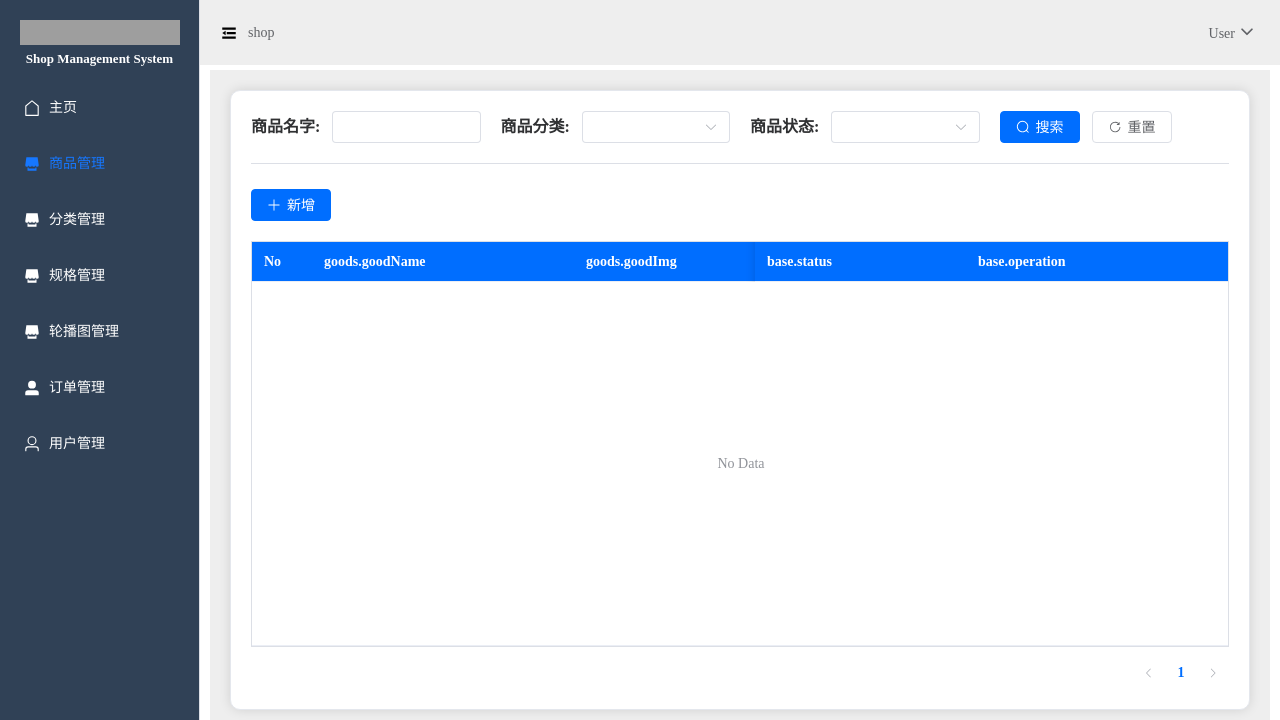
Repository: agreeyourview/mall_vue
Page: /shop
An editor plug-in stored every save of this project. The page is shown before and after the next save, followed by the edit.
The browser window is 1280 px wide. The pictures show the whole page.
Pictures or frames that could not be fetched are drawn as grey boxes. The page's requests for data from a server got no answer. The project was rebuilt for these pictures with package versions that can differ from the ones it lists, and the page was loaded fresh each time. No one was signed in, and anything a server would have sent is missing. Also part of the build but not shown: vite.config.js, src/view/login.vue, src/view/index.vue, src/components/MallUpload.vue, src/components/MallUploads.vue, src/view/category.vue, src/view/spec.vue, src/view/slider.vue and 3 more.

Above is the page before, as saved 2025-02-25 10:36:23.

### src/App.vue
<template>
  <router-view></router-view>
</template>

<script setup>
</script>

<style scoped>
</style>

### src/assets/main.css
@import './reset.css';

:root {
  --bt-theme-color: #0052d9;
  --bt-theme-color-1: #1677ff;
  --bt-theme-color-2: #69b1ff;
  --el-color-primary: #006eff;
  --el-color-primary-light-3: #0052d9;
  --el-color-primary-dark-2: #003cab;
  /* --bt-theme-color: #722ed1;
  --bt-theme-color-1: #b37feb;
  --bt-theme-color-2: #d3adf7;
  --el-color-primary: #9254de;
  --el-color-primary-light-3: #722ed1;
  --el-color-primary-dark-2: #531dab; */

}

span {
  text-align: center;
  word-break: break-word;
}

.el-table td.el-table__cell div {
  word-break: break-word;
}

.el-table th.el-table__cell>.cell {
  word-break: break-word;
}

.el-table .cell {
  word-break: break-word;
}

.el-table th.el-table__cell {
  user-select: initial !important;
}

.el-card {
  border-radius: 10px;
}

.el-table {
  direction: ltr;
}

.el-pagination {
  direction: ltr;
}

.el-date-picker {
  min-width: 330px;
  direction: ltr;
}

.el-picker-panel__content {
  min-width: 300px;
}

.btDatePicker .el-date-picker {
  min-width: 440px;
}

.btDatePicker .el-picker-panel__content {
  min-width: 410px;
}

.btDatePicker .el-month-table td .cell {
  min-width: 85px;
}

.el-form-item__label {
  width: 100%;
  padding: 0 !important;
  padding-inline-end: 12px !important;
  text-align: start !important;
}

.el-form-item__error {
  width: 100%;
  text-align: start;
}

.el-button+.el-button {
  margin-inline-start: 12px;
  margin-inline-end: 0 !important;
}

.el-radio__label {
  padding: 0 8px !important;
}

.el-switch {
  --el-switch-on-color: #13ce66;
  --el-switch-off-color: #ff4949;
}

.el-divider {
  margin-top: 0;
}

.mb20 {
  margin-bottom: 20px;
}

.mb10 {
  margin-bottom: 10px;
}

.pointer {
  cursor: pointer;
}

.searchBoxClass {
  display: flex;
  margin-bottom: 20px;
}

.searchTextClass {
  white-space: nowrap;
  min-width: 120px;
  line-height: 32px;
  font-weight: bold;
}

.searchBtnClass {
  margin-inline-start: 12px;
}

.box-main {
  padding: 20px;
  background: #eee;
}

.BtText{
  white-space: nowrap;
  overflow: hidden;
  text-overflow: ellipsis;
}

### src/view/shop.vue
<template>
  <div class="box-main">
    <el-card>
      <el-row :gutter="20">
        <el-col :md="12" :lg="6">
          <div class="searchBoxClass searchTextClass">
            商品名字:
            <el-input class="searchBtnClass" v-model="goodName" maxlength="128" />
          </div>
        </el-col>
        <el-col :md="12" :lg="6">
          <div class="searchBoxClass searchTextClass">
            商品分类:
            <el-select class="searchBtnClass" v-model="goodCategories" style="width: 100%" placeholder=" ">
              <el-option v-for="item in categoriesOptions" :key="item.value" :label="item.label" :value="item.value" />
            </el-select>
          </div>
        </el-col>
        <el-col :md="12" :lg="6">
          <div class="searchBoxClass searchTextClass">
          商品状态:
            <el-select class="searchBtnClass" v-model="goodStatus" style="width: 100%" placeholder=" ">
              <el-option v-for="item in statusOptions" :key="item.value" :label="item.label" :value="item.value" />
            </el-select>
          </div>
        </el-col>
        <el-col :md="12" :lg="6">
          <el-button :icon="Search" type="primary" @click="searchFun()">搜索</el-button>
          <el-button :icon="RefreshRight" @click="resetFun()">重置</el-button>
        </el-col>
      </el-row>
      <el-divider />
      <el-row :gutter="20" class="mb20">
        <el-col>
          <el-button :icon="Plus" type="primary" @click="operationDialogShow(1)">新增</el-button>
        </el-col>
      </el-row>
      <el-row class="mb10">
        <MallTable :page="pageNum" :pagesize="30" :tableCol="tableCol" :tableData="tableData"
          :tableHeight="`calc(100vh - 314px)`" style="border: #dcdfe6 solid 1px;"
          :tableHeader="{ background: 'var(--el-color-primary)', color: '#fff' }">
          <template v-slot="scopes">
            <template v-if="scopes.item.prop == 'status'">
              <el-tag v-if="scopes.scope.row.status == 1" type="success">上架中</el-tag>
              <el-tag v-else="scopes.scope.row.status==0" type="info">已下架</el-tag>
            </template>
            <template v-else-if="scopes.item.prop == 'imgUrl'">
              <img :src="scopes.scope.row.imgUrl ? basePath + scopes.scope.row.imgUrl : baseUrl"
                style="width: 45px;height: 60px">
            </template>
            <template v-else-if="scopes.item.prop == 'operation'">
              <div style="display: flex;align-items: center;">
                <el-popconfirm :confirm-button-text="确认"
                  :cancel-button-text="取消"
                  :title="scopes.scope.row.status == 0 ? '确认上架?' : '确认下架?'" @confirm="changeFun(scopes.scope.row)">
                  <template #reference>
                    <el-switch v-model="scopes.scope.row.status" :before-change="() => false" inline-prompt
                      style="--el-switch-on-color: #13ce66; --el-switch-off-color: #ff4949;margin-right: 12px;"
                      active-text="下架" inactive-text="上架" :active-value="1" :inactive-value="0" />
                  </template>
                </el-popconfirm>
                <el-icon v-if="scopes.scope.row.status == 0" :size="24" class="pointer" style="margin-right: 12px;"
                  @click="operationDialogShow(2, scopes.scope.row)">
                  <Edit />
                </el-icon>
              </div>
            </template>
            <span v-else>{{ scopes.scope.row[`${scopes.item.prop}`] }}</span>
          </template>
        </MallTable>
      </el-row>
      <el-row justify="end">
        <el-pagination v-model:current-page="pageNum" :total="pageTotal" @current-change="pageChange" :page-size="30"
          layout="prev, pager, next" />
      </el-row>
    </el-card>

    <MallDialog :dialogVisible="operationDialogVisible" :width="'1000px'" :destroy="true"
      :title="operationType == 1 ? '创建商品' : '修改商品'"
      @close="operationDialogClose()">
      <template v-slot:main>
        <el-form ref="formRef" :model="form" :rules="rules" label-position="top">
          <el-row :gutter="20">
            <el-col :span="12">
              <el-form-item prop="name" label="商品名称">
                <el-input v-model="form.name" />
              </el-form-item>
              <el-form-item prop="categories" label="商品类别">
                <el-select v-model="form.categories" style="width: 100%" placeholder=" ">
                  <el-option v-for="item in categoriesOptions" :key="item.value" :label="item.label"
                    :value="item.value" />
                </el-select>
              </el-form-item>
              <el-form-item prop="imgUrl" label="商品图片">
                <MallUpload :imgData="form.imgUrl" :fileSize="2" />
              </el-form-item>
            </el-col>
            <el-col :span="12">
              <el-form-item prop="description" label="商品描述">
                <el-input v-model="form.description" />
              </el-form-item>
              <el-form-item prop="num" label="商品库存">
                <el-input v-model="form.num" />
              </el-form-item>
              <el-form-item prop="price" label="商品价格">
                <el-input v-model="form.price" />
              </el-form-item>
              <el-form-item prop="specification" label="商品规格">
                <el-select v-model="form.specification" style="width: 100%" filterable placeholder=" " multiple
                  collapse-tags collapse-tags-tooltip>
                  <el-option v-for="item in specificationOptions" :key="item.value" :label="item.label"
                    :value="item.value" />
                </el-select>
              </el-form-item>
            </el-col>
          </el-row>
          <el-form-item prop="rollImg" label="商品展示图">
            <MallUploads :imgData="form.rollImg" :fileSize="2" />
          </el-form-item>
          <el-form-item prop="detailImg" label="商品明细图">
            <MallUploads :imgData="form.detailImg" :fileSize="2" />
          </el-form-item>
        </el-form>
      </template>
      <template v-slot:footer>
        <el-button @click="operationDialogClose()">取消</el-button>
        <el-button type="primary" @click="operationDialogConfirm()">确认</el-button>
      </template>
    </MallDialog>

  </div>
</template>
<script setup>
import { ref, onMounted, reactive, getCurrentInstance } from 'vue';
import { Search, RefreshRight, Plus, Edit} from '@element-plus/icons-vue';
import { ElMessage } from 'element-plus';
import MallTable from '../components/MallTable.vue';
import MallDialog from '../components/MallDialog.vue';
import MallUpload from '../components/MallUpload.vue';
import MallUploads from '../components/MallUploads.vue';
import baseUrl from '../assets/img/login.jpg'
import api from '../api/index'
const { proxy } = getCurrentInstance()
const emit = defineEmits([
  'pageName'
])
emit('pageName', 'menu.good')
const basePath = window.httpurl +'/imgs/'
onMounted(() => {
  getData()
  getCategories()
  getSpecification()
})
//搜索
const goodName = ref(null)
const goodCategories = ref(null)
const goodStatus = ref(null)
let historyData = {}
const searchFun = () => {
  historyData = {}
  goodName.value ? historyData.name = goodName.value : null
  goodCategories.value ? historyData.categories = goodCategories.value : null
  goodStatus.value != null ? historyData.status = goodStatus.value : null
  getData()
}
const resetFun = () => {
  historyData = {}
  goodName.value = null
  goodCategories.value = null
  goodStatus.value = null
  getData()
}
//表格
const tableCol = [
  { id: 1, label: "goods.goodName", prop: "name", minWidth: 120 },
  { id: 2, label: "goods.goodImg", prop: "imgUrl", minWidth: 120 },
  { id: 3, label: "goods.goodDescription", prop: "description", minWidth: 120 },
  { id: 4, label: "goods.goodPrice", prop: "price", minWidth: 120 },
  { id: 5, label: "goods.goodNum", prop: "num", minWidth: 120 },
  { id: 9, label: "base.status", prop: "status", minWidth: 120, fixed: "right" },
  { id: 10, label: "base.operation", prop: "operation", minWidth: 120, fixed: "right" },

]
const tableData = ref([])
const pageNum = ref(1)
const pageTotal = ref(0)
const pageChange = (e) => {
  pageNum.value = e
  getData()
}
const getData = async () => {
  const query = { pageNum: pageNum.value, pageSize: 30, ...historyData }
  const res = await api.get("/goods?" + new URLSearchParams(query))
  if (res.code == 0) {
    tableData.value = res.result.records
    pageTotal.value = res.result.total
  }
}

//表单校验
const rules = reactive({
  name: [
    { required: true, message: "请输入商品名称", trigger: ['blur'] }
  ],
  categories: [
    { required: true, message: "请选择商品类别", trigger: ['blur'] }
  ],
  imgUrl: [
    { required: true, message: "请选择商品图片", trigger: ['blur'] }
  ],
  description: [
    { required: true, message: "请输入商品描述", trigger: ['blur'] }
  ],
  num: [
    { required: true, message: "请输入商品库存", trigger: ['blur'] }
  ],
  price: [
    { required: true, message: "请输入商品价格", trigger: ['blur'] }
  ],
  specification: [
    { required: true, message: "请选择商品规格", trigger: ['blur'] }
  ],
  rollImg: [
    { required: true, message: "请选择商品展示图", trigger: ['blur'] }
  ],
  detailImg: [
    { required: true, message: "请选择商品详情图", trigger: ['blur'] }
  ],
})
//下拉框数据
const categoriesOptions = ref([])
const specificationOptions = ref([])
const statusOptions = [
  { id: 1, label: "上架中", value: 1 },
  { id: 2, label: "已下架", value: 0 },
]
const getCategories = async () => {
  const query = { pageSize: 999 }
  const res = await api.get("categories?" + new URLSearchParams(query))
  if (res.code == 0) {
    categoriesOptions.value = res.result.records.map(i => { return { id: i.id, label: i.name, value: i.id } })
  }
}
const getSpecification = async () => {
  const query = { pageSize: 999 }
  const res = await api.get("specification?" + new URLSearchParams(query))
  if (res.code == 0) {
    specificationOptions.value = res.result.records.map(i => { return { id: i.id, label: i.name, value: i.id + '' } })
  }
}
//弹框数据
const formRef = ref()
let form = reactive({
  name: null,
  categories: null,
  imgUrl: [],
  description: null,
  price: null,
  num: null,
  specification: [],
  rollImg: [],
  detailImg: []
})
const operationType = ref()

const getOne = async (data) => {
  const res = await api.get(`/goods/${data}`)
  if (res.code == 0) {
    form = Object.assign(form, { ...res.result })
    form.imgUrl = [{ imgUrl: res.result.imgUrl, file: null }]
    form.rollImg = []
    form.detailImg = []
    if (typeof(res.result.rollImg) != 'string') {
      form.rollImg = res.result.rollImg.map(i => {
        return { url: i }
      })
    }else{
      form.rollImg.push({ url: res.result.rollImg })
    }
    if (typeof(res.result.detailImg) != 'string') {
      form.detailImg = res.result.detailImg.map(i => {
        return { url: i }
      })
    }else{
      form.detailImg.push({ url: res.result.detailImg })
    }

  }
}
//新增/修改
const operationDialogVisible = ref(false)
const operationDialogShow = async (type, data) => {
  if (type == 1) {
    operationType.value = 1
  } else {
    await getOne(data.id)
    operationType.value = 2
  }
  operationDialogVisible.value = true
}
const operationDialogClose = () => {
  formRef.value.resetFields()
  form.name = null
  form.categories = null
  form.imgUrl = []
  form.description = null
  form.price = null
  form.num = null
  form.specification = []
  form.rollImg = []
  form.detailImg = []
  operationDialogVisible.value = false
}
const operationDialogConfirm = async () => {
  await formRef.value.validate(async (valid) => {
    if (valid) {
      const params = new FormData()
      params.append('name', form.name)
      params.append('description', form.description)
      params.append('num', form.num)
      params.append('price', form.price)
      params.append('categories', form.categories)
      params.append('specification', form.specification)
      params.append('imgUrl', form.imgUrl[0].file ? form.imgUrl[0].file : null)
      form.rollImg.forEach(i => {
        if (i instanceof File) {
          params.append('rollImg', i)
        } else {
          params.append('rollImgs', i.url)
        }
      })
      form.detailImg.forEach(i => {
        if (i instanceof File) {
          params.append('detailImg', i)
        } else {
          params.append('detailImgs', i.url)
        }
      })

      if (operationType.value == 1) {
        const res = await api.post("/goods", params, { headers: { "Content-Type": "multipart/form-data" } })
        if (res.code == 0) {
          ElMessage.success(res.message)
          resetFun()
          operationDialogClose()
        } else {
          ElMessage.error(res.message)
        }
      } else {
        const res = await api.put(`/goods/${form.id}`, params, { headers: { "Content-Type": "multipart/form-data" } })
        if (res.code == 0) {
          ElMessage.success(res.message)
          getData()
          operationDialogClose()
        } else {
          ElMessage.error(res.message)
        }
      }
    }
  })
}
//删除
const deleteFun = async (data) => {
  const res = await api.delete(`/goods/${data.id}`)
  if (res.code == 0) {
    getData()
    ElMessage.success(res.message)
  } else {
    ElMessage.error(res.message)
  }
}

//上下架
const changeFun = async (data) => {
  if (data.status == 0) {
    const res = await api.patch(`/goods/changeOn/${data.id}`)
    if (res.code == 0) {
      getData()
      ElMessage.success(res.message)
    } else {
      ElMessage.error(res.message)
    }
  }
  if (data.status == 1) {
    const res = await api.patch(`/goods/changeOff/${data.id}`)
    if (res.code == 0) {
      getData()
      ElMessage.success(res.message)
    } else {
      ElMessage.error(res.message)
    }
  }
}
</script>
<style></style>

### src/view/layout.vue
<template>
    <el-container style="width: 100%;height: 100vh;">
    <el-aside :width="isCollapse?'64px':menuWidth+'px'" >
      <Menu :systemName="'Shop Management System'" :isCollapse="isCollapse" @maxMenuWidth="menuWidthFun"/>
    </el-aside>
    <el-container>
      <el-header>
        <Header :title="title" :isCollapseFun="isCollapseFun">
          <template v-slot:icon>
            <div v-if="!isCollapse"><Fold style="font-size: 18px;cursor: pointer;" /></div>
            <div v-else><Expand style="font-size: 18px;cursor: pointer;" /></div>
          </template>
        </Header>
      </el-header>
      <el-main style="height: calc(100vh - 60px);width: 100%;">
        <router-view @pageName="getPageName" :isCollapse="isCollapse"/>
      </el-main>
    </el-container>
  </el-container>
  </template>

<script setup>
import Menu from '../components/menu.vue';
import Header from '../components/header.vue';
import { Fold, Expand } from '@element-plus/icons-vue'
import { ref } from 'vue'
const title = ref('')
const getPageName = (e)=>{
  title.value = e
}
//菜单收展
const isCollapse = ref(false)
const menuWidth = ref(null)
const isCollapseFun = ()=>{
  isCollapse.value=!isCollapse.value
}
const menuWidthFun = (e) =>{
  menuWidth.value = e
}
  </script>

<style scoped>
.el-header{
  padding: 0;
  width: 100%;
}
.el-main{
  padding: 10px 10px 0 10px;
}
</style>

### src/assets/reset.css
html, body, div, span, applet, object, iframe,
h1, h2, h3, h4, h5, h6, p, blockquote, pre,
a, abbr, acronym, address, big, cite, code,
del, dfn, em, font, img, ins, kbd, q, s, samp,
small, strike, strong, sub, sup, tt, var,
b, u, i, center,
dl, dt, dd, ol, ul, li,
fieldset, form, label, legend,
table, caption, tbody, tfoot, thead, tr, th, td {
margin: 0;
padding: 0;
border: 0;
outline: 0;
font-size: 100%;
vertical-align: baseline;
background: transparent;
}
body {
/* line-height: 1.2; */
}
ol, ul {
list-style: none;
}
blockquote, q {
quotes: none;
}
blockquote:before, blockquote:after,
q:before, q:after {
content: ”;
content: none;
}
/* remember to define focus styles! */
:focus {
outline: 0;
}
/* remember to highlight inserts somehow! */
ins {
text-decoration: none;
}
del {
text-decoration: line-through;
}
/* tables still need ‘cellspacing=”0″‘ in the markup */
table {
border-collapse: collapse;
border-spacing: 0;
}

### src/components/MallTable.vue
<template>
    <el-table ref='tableRef' :data="tableData" :height="tableHeight" :cell-style=tableRowClass :header-cell-style=tableHeader :border=border>
      <el-table-column
        v-if="page"
        label="No"
        type="index"
        :index="(page-1)*pagesize+1"
        :width="60">
      </el-table-column>
      <el-table-column
      v-for="(item,index) in tableCol"
      :key="index"
      :prop="item.prop"
      :label="item.label"
      :width="item.width"
      :min-width="item.minWidth"
      :fixed="item.fixed ? item.fixed : null"
      :show-overflow-tooltip="item.tooltip ? false : true">
        <template #default="scope">
          <slot :item=item :scope=scope >
            <span>{{ scope.row[`${item.prop}`] }}</span>
          </slot>
        </template>
      </el-table-column>
    </el-table>
  </template>
  <script setup>
  import { ref, watch, getCurrentInstance, onMounted } from 'vue';
  const { proxy } = getCurrentInstance()
  onMounted(()=>{
    getColWidth()
    //getSortData()
  })
  const props = defineProps({
    tableData: {}, //表格数据
    tableCol:{}, //表格列
    tableHeight:{}, //表格高度
    tableHeader:{}, //表头样式
    border:{  //表格内边框
      default:false
    },
    tableRowClass:{ //表格行样式
      default:null
    },
    page:{}, //表格索引、当前页
    pagesize:{}, //表格索引、每页行数
  })
  //滚动条置顶
  const tableRef = ref()
  watch(() => props.tableData, (newValue, oldValue) => {
    tableRef.value.setScrollTop(0)
  })

  //列宽
const getColWidth = ()=>{
  let size = 17
  props.tableCol.forEach(item=>{
    if (item.minWidth) {
      let labelLong = item.label.length
      let newWidth = item.sortable ? labelLong * size + 48 : labelLong * size + 24
      item.minWidth < newWidth ? item.minWidth = newWidth : null
    }
  })
}
</script>

### src/components/MallDialog.vue
<template>
    <el-dialog
      v-model="dialogVisible"
      :title="title"
      :width="width"
      :close-on-click-modal="false"
      :close-on-press-escape="false"
      :before-close="handleClose"
      :destroy-on-close="destroy"
      :center="center"
    >
      <div :style="title ? {} : { paddingTop:'10px' }">
        <slot name="main"></slot>
      </div>
      <template #footer>
        <span class="dialog-footer">
          <slot name="footer"></slot>
        </span>
      </template>
    </el-dialog>
  </template>
  <script setup>
  import { computed } from 'vue';
  const props = defineProps({
    dialogVisible:{
      type:Boolean,
      default: false
    },
    title:{
      type:String,
      default:null
    },
    width:{
      type:String,
      default:"50%"
    },
    center:{
      type:Boolean,
      default:true
    },
    destroy:{
      type:Boolean,
      default:false
    },
  })
  const dialogVisible = computed({  //弹窗收放
    get: () => props.dialogVisible,
    set: (value) => {
    },
  })
  const emit = defineEmits(['close'])
  const handleClose = () => {  //关闭按钮
    emit('close')
  }

  </script>
  <style>
  .el-dialog__headerbtn{ /* 关闭按钮位置 */
    width: 44px;
    height: 44px;
    top:0
  }
  .el-dialog__header{ /* 弹窗框头部 */
    padding: 10px;
  }

  .el-dialog--center .el-dialog__body{ /* 弹窗框主体 */
    padding: 10px 20px 0 20px;
  }

  .el-dialog__footer{ /* 弹窗框底部 */
    padding: 0 20px 20px 20px;
  }
  .el-dialog__title{ /* 弹窗框标题 */
    font-weight: bold;
  }
  .el-dialog { /* 设置对话框圆角 */
    border-radius: 10px;
  }
  </style>

Loaded but not shown: index.html (common file); src/router/index.js (70 lines, source omitted); src/api/index.js (40 lines, source omitted); src/utils/publicData.js (22 lines, source omitted); src/main.js (10 lines, source omitted); src/components/header.vue (59 lines, source omitted); src/components/menu.vue (82 lines, source omitted)

After the next save:
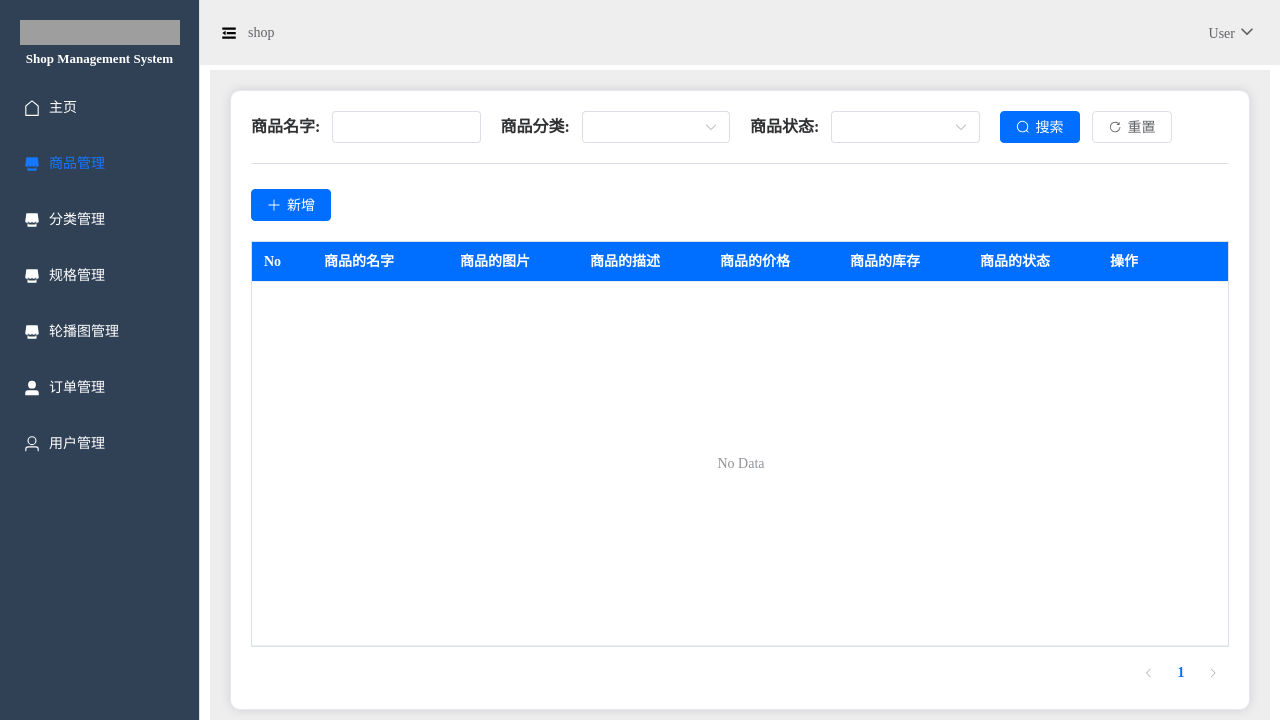
Saved 79 s later.
--- a/src/view/shop.vue
+++ b/src/view/shop.vue
@@ -172,13 +172,13 @@ const resetFun = () => {
 }
 //表格
 const tableCol = [
-  { id: 1, label: "goods.goodName", prop: "name", minWidth: 120 },
-  { id: 2, label: "goods.goodImg", prop: "imgUrl", minWidth: 120 },
-  { id: 3, label: "goods.goodDescription", prop: "description", minWidth: 120 },
-  { id: 4, label: "goods.goodPrice", prop: "price", minWidth: 120 },
-  { id: 5, label: "goods.goodNum", prop: "num", minWidth: 120 },
-  { id: 9, label: "base.status", prop: "status", minWidth: 120, fixed: "right" },
-  { id: 10, label: "base.operation", prop: "operation", minWidth: 120, fixed: "right" },
+  { id: 1, label: "商品的名字", prop: "name", minWidth: 120 },
+  { id: 2, label: "商品的图片", prop: "imgUrl", minWidth: 120 },
+  { id: 3, label: "商品的描述", prop: "description", minWidth: 120 },
+  { id: 4, label: "商品的价格", prop: "price", minWidth: 120 },
+  { id: 5, label: "商品的库存", prop: "num", minWidth: 120 },
+  { id: 9, label: "商品的状态", prop: "status", minWidth: 120, fixed: "right" },
+  { id: 10, label: "操作", prop: "operation", minWidth: 120, fixed: "right" },
 
 ]
 const tableData = ref([])
